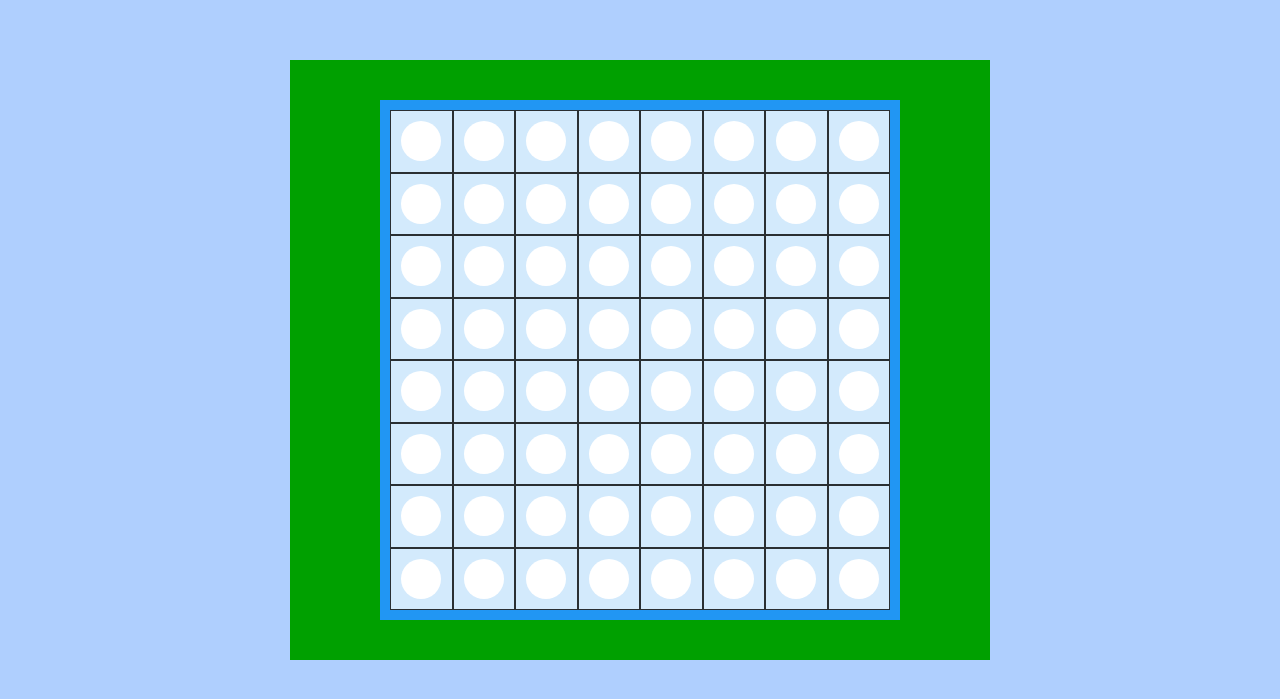
Repository: eliaoucohen72/react-reversi
Page: /
The author's editor kept a copy of each file at every save. The page is drawn from the files as they stood at one save, then again after the next save.
The browser window is 1280 px wide. The pictures show the whole page.
The project was rebuilt for these pictures with package versions that can differ from the ones it lists, and the page was loaded fresh each time. Also part of the build but not shown: vite.config.ts.

Above is the page before, as saved 2024-08-26 13:04:36.

### src/App.tsx
import "./App.css";

function App() {
  const init = () => {

  }

  const returnBoard = () =>
    Array.from({ length: 64 }, (_: number, i: number) => {
      return (
        <div className="grid-item">
          <div style={{ height: "40px", width: "40px", backgroundColor: 'white', borderRadius: '20px' }}></div>
        </div>
      );
    });

  return (
    <div className="wrapper">
      <div className="subWrapper">
        <div className="grid-container">{returnBoard()}</div>
      </div>
    </div>
  );
}

export default App;

### src/App.css
.wrapper {
  width: 100vw;
  height: 100vh;
  background-color: #afcffe;
  position: relative;
}

.subWrapper {
  position: absolute;
  width: 700px;
  height: 600px;
  background-color: #00a000;
  top: 50%;
  left: 50%;
  transform: translate(-50%, -50%);
  display: flex;
  align-items: center;
  justify-content: center;
}

.grid-container {
  display: grid;
  grid-template-columns: 12.5% 12.5% 12.5% 12.5% 12.5% 12.5% 12.5% 12.5%;
  background-color: #2196f3;
  padding: 10px;
  width: 500px;
  height: 500px;
}
.grid-item {
  background-color: rgba(255, 255, 255, 0.8);
  border: 1px solid rgba(0, 0, 0, 0.8);
  text-align: center;
  font-size: 16px;
  display: flex;
  align-items: center;
  justify-content: center;
}

.white-grid-item {
  background-color: rgba(255, 255, 255);
  height: "40px";
  width: "40px";
  border-radius: 20px;
}

.black-grid-item {
  background-color: rgba(0, 0, 0);
  height: "40px";
  width: "40px";
  border-radius: 20px;
}

Loaded but not shown: index.html (common file); src/main.tsx (common file); src/index.css (common file)

After the next save:
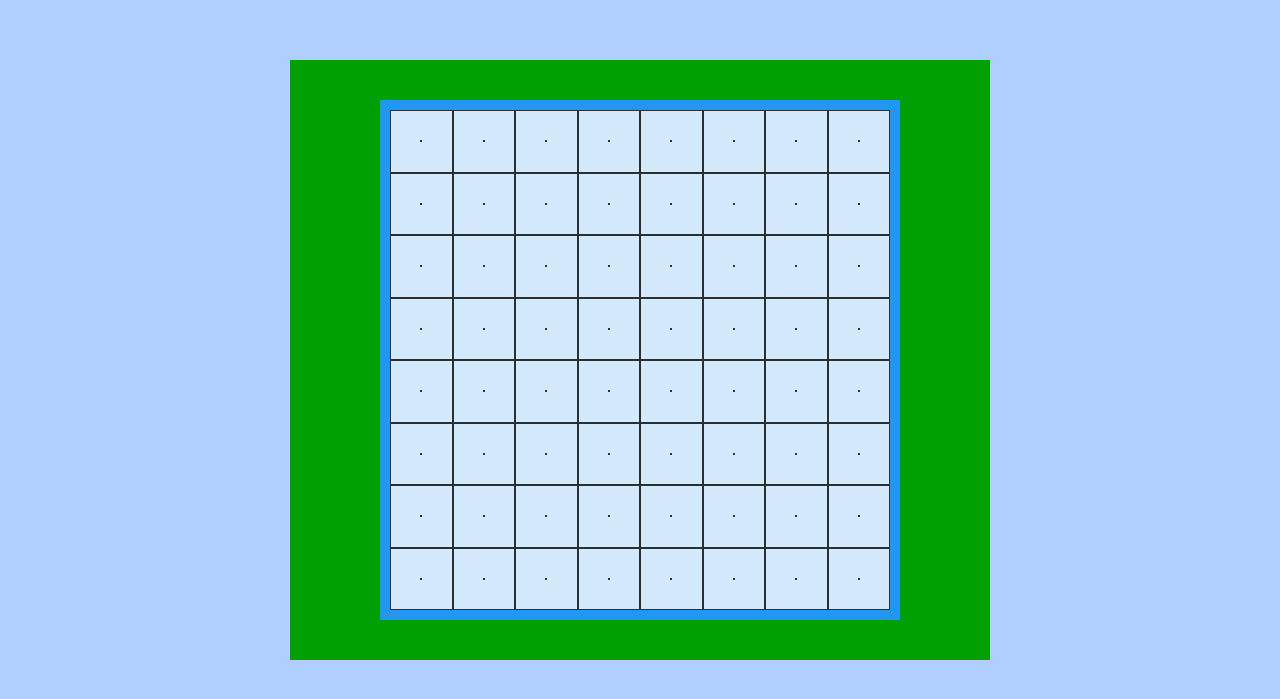
Saved 10 s later.
--- a/src/App.tsx
+++ b/src/App.tsx
@@ -9,7 +9,7 @@ function App() {
     Array.from({ length: 64 }, (_: number, i: number) => {
       return (
         <div className="grid-item">
-          <div style={{ height: "40px", width: "40px", backgroundColor: 'white', borderRadius: '20px' }}></div>
+          <div className="grid-item"></div>
         </div>
       );
     });
